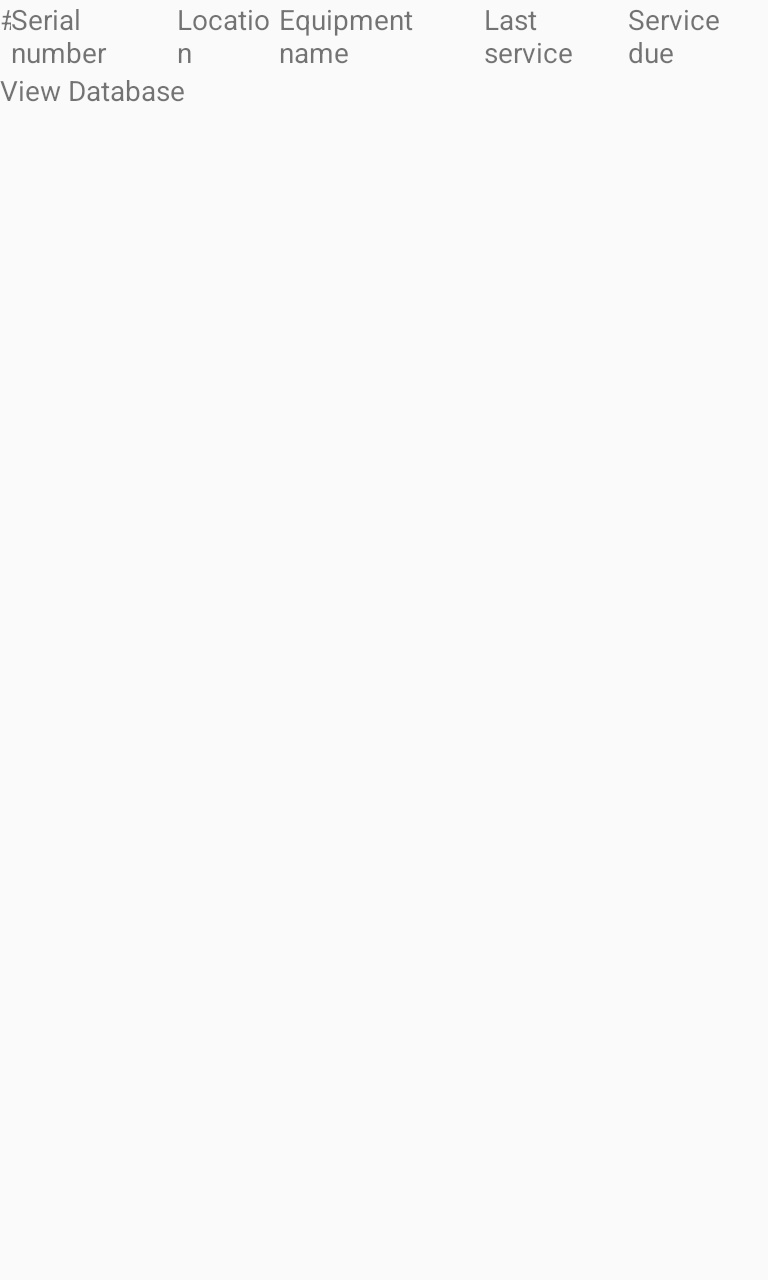
Repository: procmillie/AppKeepV9.12.14
Layout: StupidApp/res/layout/database_view123.xml
The author's editor kept a copy of each file at every save. The layout is drawn from the files as they stood at one save, then again after the next save.
It is drawn on a 768 x 1280 px phone screen (xhdpi) without system bars, with theme AppTheme; the app's code is not run.

Above is the layout before, as saved 2014-11-26 23:51:42.

After the next save:
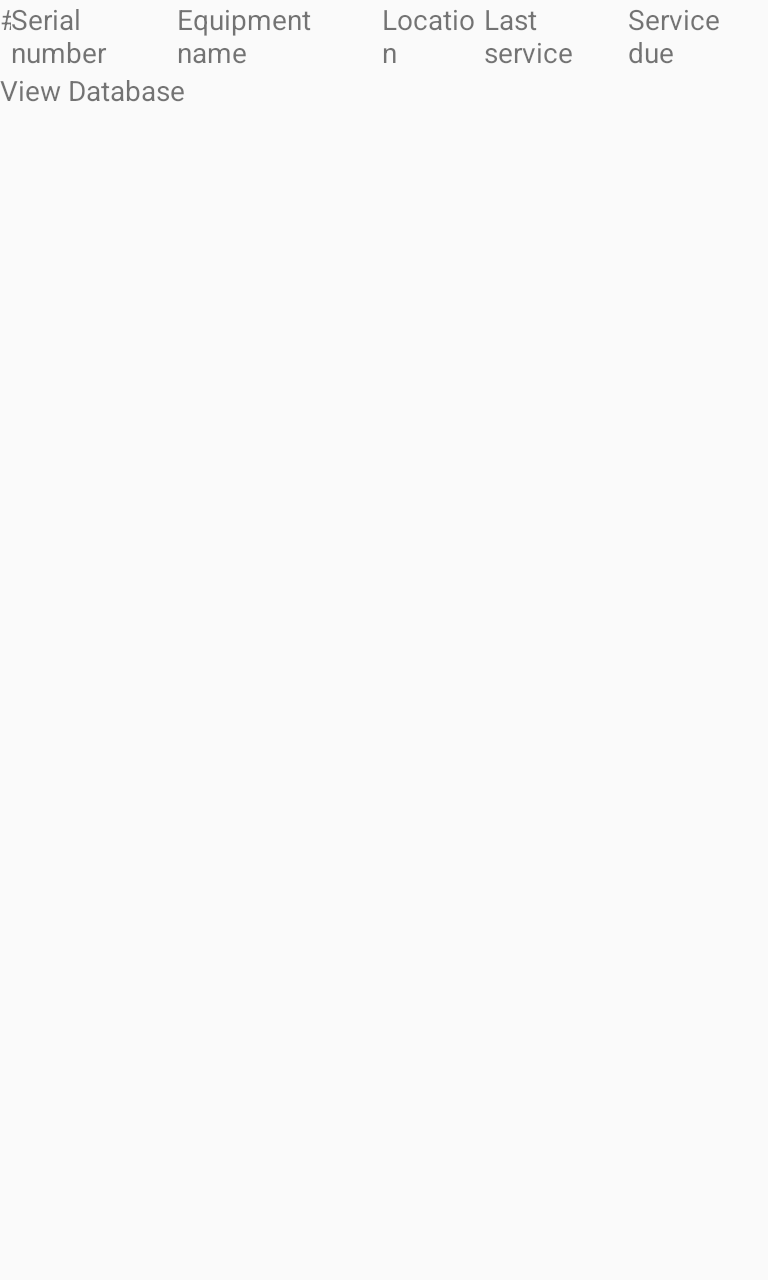
Saved 2 min 50 s later.
--- a/StupidApp/res/layout/database_view123.xml
+++ b/StupidApp/res/layout/database_view123.xml
@@ -24,10 +24,10 @@
               <TextView  android:text="@string/serial_num" 	 android:layout_width="match_parent"   android:layout_height="match_parent"
                   android:layout_weight="1"/>
 
-              <TextView  android:layout_width="match_parent"  android:layout_height="match_parent"  android:text="@string/equip_location"
+              <TextView  android:layout_width="match_parent"  android:layout_height="match_parent"  android:text="@string/equip_name"
                   android:layout_weight="1" />
 
-              <TextView  android:text="@string/equip_name" 	 android:layout_width="match_parent"   android:layout_height="match_parent"
+              <TextView  android:text="@string/equip_location" 	 android:layout_width="match_parent"   android:layout_height="match_parent"
                   android:layout_weight="1"/>
 
               <TextView  android:text="@string/date_last" 	 android:layout_width="match_parent"   android:layout_height="match_parent"
